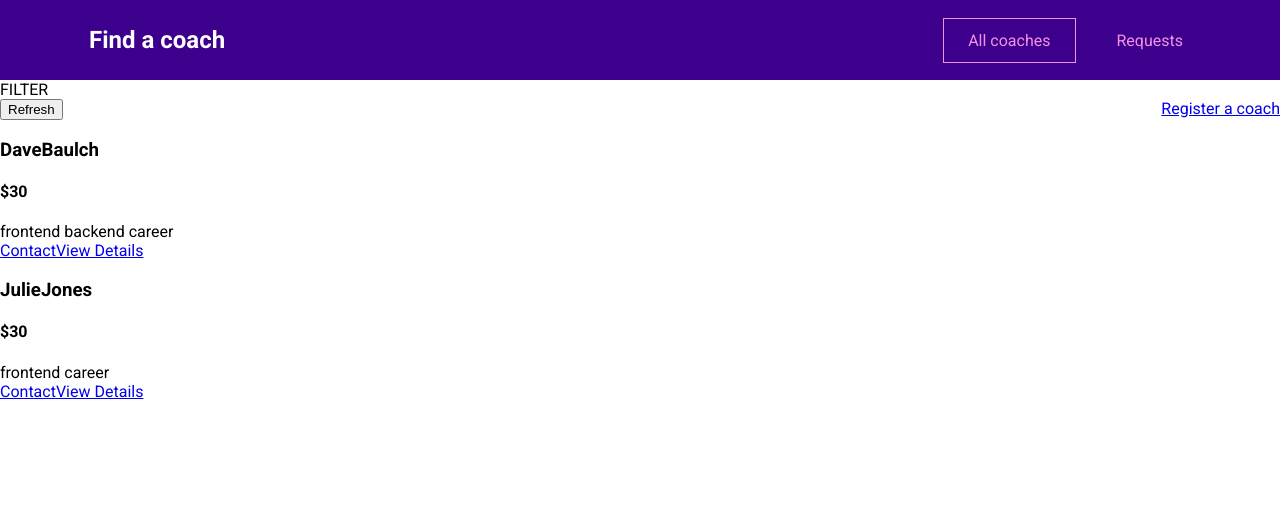
Repository: DaveBaulch/vue-course-find-a-coach
Page: /
These files come from the project's save history. The page is drawn as it stood at one moment and after the next save; the edit follows.
The browser window is 1280 px wide. The pictures show the whole page.
The project was rebuilt for these pictures with package versions that can differ from the ones it lists, and the page was loaded fresh each time. Also part of the build but not shown: src/pages/coaches/CoachDetail.vue, src/pages/coaches/CoachRegistration.vue, src/pages/requests/ContactCoach.vue, src/pages/requests/RequestsReceived.vue. Imported but missing from the stored project, and not drawn on this page: src/pages/NotFound.vue.

Above is the page before, as saved 2021-01-23 14:57:15.

### src/App.vue
<template>
  <div id="app">
    <the-header />
    <router-view/>
  </div>
</template>

<script>
  import TheHeader from './components/layout/TheHeader.vue'

  export default {
    components: {
      TheHeader
    }
  }
</script>



<style>
@import url("https://fonts.googleapis.com/css2?family=Roboto:wght@400;700&display=swap");

* {
  box-sizing: border-box;
}

html {
  font-family: "Roboto", sans-serif;
}

body {
  margin: 0;
}

</style>

### src/router/index.js
import Vue from 'vue'
import VueRouter from 'vue-router'
import CoachDetail from '../pages/coaches/CoachDetail.vue';
import CoachesList from '../pages/coaches/CoachesList.vue';
import CoachRegistation from '../pages/coaches/CoachRegistration.vue';
import ContactCoach from '../pages/requests/ContactCoach.vue';
import RequestsReceived from '../pages/requests/RequestsReceived.vue';
import NotFound from '../pages/NotFound.vue'

Vue.use(VueRouter)

const routes = [
  {
    path: '/', redirect: '/coaches'
  },
  {
    path: '/coaches', component: CoachesList
  },
  {
    path: '/coaches/:id',
    component: CoachDetail,
    children: [
      { path: 'contact', component: ContactCoach } // /coaches/c1/contact
    ]
  },
  { path: '/register', component: CoachRegistation },
  { path: '/requests', component: RequestsReceived },
  { path: '/:notFound(.*)', component: NotFound }
]

const router = new VueRouter({
  mode: 'history',
  base: process.env.BASE_URL,
  routes
})

export default router

### src/store/index.js
import Vue from 'vue'
import Vuex from 'vuex'
import coachesModule from './modules/coaches/index.js'

Vue.use(Vuex)

const store = new Vuex.Store({
  modules: {
    coaches: coachesModule
  }
})

export default store;

### src/components/layout/TheHeader.vue
<template>
<header>
  <nav>
    <h1><router-link to="/">Find a coach</router-link></h1>
    <ul>
      <li><router-link to="/coaches">All coaches</router-link></li>
      <li><router-link to="/requests">Requests</router-link></li>
    </ul>
  </nav>
</header>
</template>

<script>
export default {
}
</script>

<!-- Add "scoped" attribute to limit CSS to this component only -->
<style scoped>
header {
  width: 100%;
  height: 5rem;
  background-color: #3d008d;
  display: flex;
  justify-content: center;
  align-items: center;
}

header a {
  text-decoration: none;
  color: #f391e3;
  display: inline-block;
  padding: 0.75rem 1.5rem;
  border: 1px solid transparent;
}

a:active,
a:hover,
a.router-link-active {
  border: 1px solid #f391e3;
}

h1 {
  margin: 0;
}

h1 a {
  color: white;
  margin: 0;
}

h1 a:hover,
h1 a:active,
h1 a.router-link-active {
  border-color: transparent;
}

header nav {
  width: 90%;
  margin: auto;
  display: flex;
  justify-content: space-between;
  align-items: center;
}

header ul {
  list-style: none;
  margin: 0;
  padding: 0;
  display: flex;
  justify-content: center;
  align-items: center;
}

li {
  margin: 0 0.5rem;
}
</style>

### src/pages/coaches/CoachesList.vue
<template>
<div>
  <section>
    FILTER
  </section>
  <section>
    <div class="controls">
      <button>Refresh</button>
      <router-link to="/register">Register a coach</router-link>
    </div>
    <ul v-if="hasCoaches">
      <coach-item
      v-for="coach in filteredCoaches"
      :key="coach.id"
      :id="coach.id"
      :first-name="coach.firstName"
      :last-name="coach.lastName"
      :rate="coach.hourlyRate"
      :areas="coach.areas"
      ></coach-item>
    </ul>
    <h3 v-else>No coaches found</h3>
  </section>
  </div>
</template>

<script>
  import CoachItem from '../../components/coaches/CoachItem.vue'

  export default {
    components: {
      CoachItem
    },
    computed: {
      filteredCoaches() {
        return this.$store.getters['coaches/coaches'];
      },
      hasCoaches() {
        return this.$store.getters['coaches/hasCoaches'];
      }
    }
  }
</script>

<style scoped>
  ul {
    list-style: none;
    margin: 0;
    padding: 0;
  }

  .controls {
    display: flex;
    justify-content: space-between;
  }
</style>

### src/store/modules/coaches/index.js
import mutations from './mutations.js'
import actions from './actions.js'
import getters from './getters.js'

export default {
  namespaced: true,
  state() {
    return {
      coaches: [
        {
          id: 'c1',
          firstName: 'Dave',
          lastName: 'Baulch',
          areas: ['frontend', 'backend', 'career'],
          description:
            "I'm dave and I've worked as a freelance web developer for years. Let me help you become a developer as well!",
          hourlyRate: 30
        },
        {
          id: 'c2',
          firstName: 'Julie',
          lastName: 'Jones',
          areas: ['frontend', 'career'],
          description:
            'I am Julie and as a senior developer in a big tech company, I can help you get your first job or progress in your current role.',
          hourlyRate: 30
        }
      ]
    }
  },
  mutations,
  actions,
  getters
}

### src/components/coaches/CoachItem.vue
<template>
  <li>
    <h3>{{ fullName }}</h3>
    <h4>${{ rate }}</h4>
    <div>
      <span v-for="area in areas" :key="area">
        {{ area }}
      </span>
    </div>
    <div class="actions">
      <router-link :to="coachContactLink">Contact</router-link>
      <router-link :to="coachDetailsLink">View Details</router-link>
    </div>
  </li>
</template>

<script>
  export default {
    props: ['id', 'firstName', 'lastName', 'rate', 'areas'],
    computed: {
      fullName() {
        return this.firstName + '' + this.lastName
      },
      coachContactLink() {
        return this.$route.path + '/' + this.id + /contact/
      },
      coachDetailsLink() {
        return this.$route.path + '/' + this.id // current route path /coaches/c1
      }
    }
  }
</script>

<style scoped>
  ul {
    list-style: none;
    margin: 0;
    padding: 0;
  }

  .controls {
    display: flex;
    justify-content: space-between;
  }
</style>

### src/store/modules/coaches/getters.js
export default {
  coaches(state) {
    return state.coaches;
  },
  hasCoaches(state) {
    return state.coaches && state.coaches.length > 0;
  }
}

Loaded but not shown: public/index.html (common file); src/main.js (common file); src/store/modules/coaches/mutations.js (common file); src/store/modules/coaches/actions.js (common file)

After the next save:
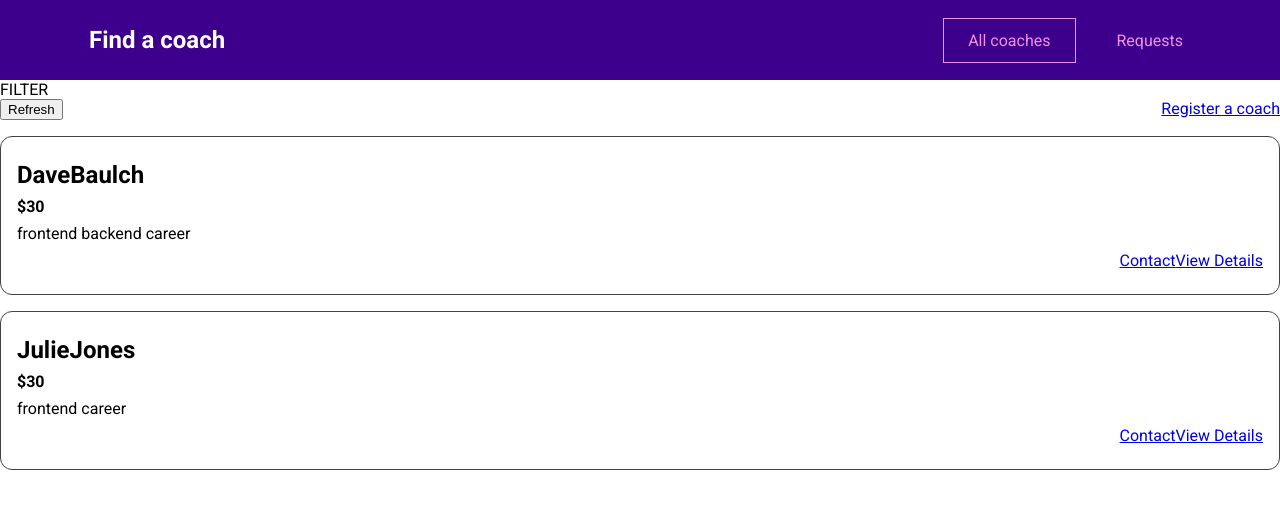
Saved 41 s later.
--- a/src/components/coaches/CoachItem.vue
+++ b/src/components/coaches/CoachItem.vue
@@ -32,14 +32,28 @@
 </script>
 
 <style scoped>
-  ul {
-    list-style: none;
-    margin: 0;
-    padding: 0;
-  }
+li {
+  margin: 1rem 0;
+  border: 1px solid #424242;
+  border-radius: 12px;
+  padding: 1rem;
+}
 
-  .controls {
-    display: flex;
-    justify-content: space-between;
-  }
+h3 {
+  font-size: 1.5rem;
+}
+
+h3,
+h4 {
+  margin: 0.5rem 0;
+}
+
+div {
+  margin: 0.5rem 0;
+}
+
+.actions {
+  display: flex;
+  justify-content: flex-end;
+}
 </style>
